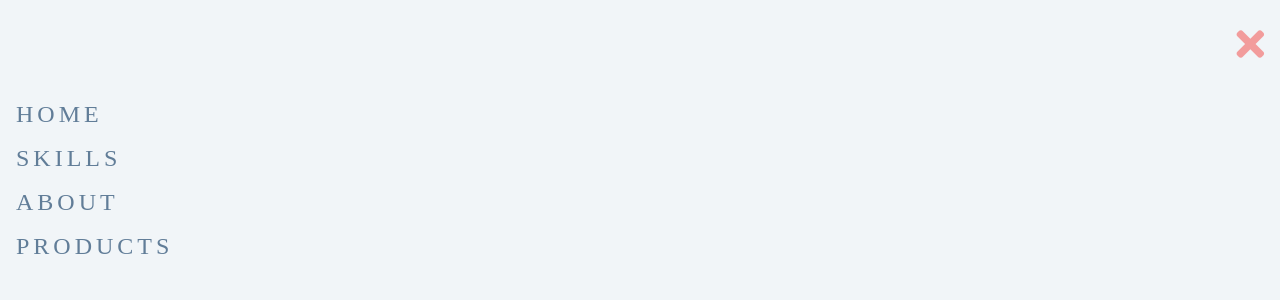
Repository: Ndifoinhilary/building_tea_site
Page: index.html
An editor plug-in stored every save of this project. The page is shown before and after the next save, followed by the edit.
The browser window is 1280 px wide. The pictures show the window.
The pointer rests on the first visible `.nav-link`.
A layer covers the whole window, so only the first screen is drawn. Backgrounds fixed to the window are drawn as part of the page. Some web fonts or font styles are not loaded; a fallback is used.

Above is the page before, as saved 2024-01-06 18:45:14.

### index.html
<!DOCTYPE html>
<html lang="en">

<head>
  <meta charset="UTF-8" />
  <meta name="viewport" content="width=device-width, initial-scale=1.0" />
  <meta http-equiv="X-UA-Compatible" content="ie=edge" />
  <title>Tea Station || Home</title>
  <!-- font-awesome -->
  <link rel="stylesheet" href="./fontawesome-free-5.7.2-web/css/all.css" />
  <!-- custom css -->
  <link rel="stylesheet" href="./css/styles.css" />
</head>

<body>
  <!-- nav button -->
  <span class="nav-btn" id="nav-btn">
    <i class="fas fa-bars"></i>
  </span>
  <!-- nav -->
  <nav class="navbar" id="navbar">
    <div class="navbar-header">
      <span class="nav-close" id="nav-close">
        <i class="fas fa-times"></i>
      </span>
    </div>
    <ul class="nav-items">
      <li><a href="index.html" class="nav-link">home</a></li>
      <li><a href="skills.html" class="nav-link">skills</a></li>
      <li><a href="about.html" class="nav-link">about</a></li>
      <li><a href="products.html" class="nav-link">products</a></li>
    </ul>
  </nav>
  <!-- header -->
  <header class="header">
    <div class="banner">
      <h2 class="banner-subtitle">Over one hunred flavors of tea</h2>
      <h1 class="banner-title">specially crafted tea</h1>
      <a href="skills.html" class=" btn banner-btn">explore</a>
    </div>
  </header>

  <div class="content-divider"></div>





  <!-- skills section -->
  <section class="skills clearfix">
    <!-- single skill -->
    <article class="skill">
      <span class="skill-icon">
        <i class="fas fa-mug-hot"></i>
      </span>
      <h4 class="skill-title">made in US</h4>
      <!-- ten words -->
      <p class="skill-text">
        Lorem ipsum dolor sit amet consectetur adipisicing elit. Tempore,
        sequi.
      </p>
    </article>
    <!-- end of single skill -->
    <!-- single skill -->
    <article class="skill">
      <span class="skill-icon">
        <i class="fas fa-glass-cheers"></i>
      </span>
      <h4 class="skill-title">relaxation</h4>
      <!-- ten words -->
      <p class="skill-text">
        Lorem ipsum dolor sit amet consectetur adipisicing elit. Tempore,
        sequi.
      </p>
    </article>
    <!-- end of single skill -->
    <!-- single skill -->
    <article class="skill">
      <span class="skill-icon">
        <i class="fas fa-bomb"></i>
      </span>
      <h4 class="skill-title">energy</h4>
      <!-- ten words -->
      <p class="skill-text">
        Lorem ipsum dolor sit amet consectetur adipisicing elit. Tempore,
        sequi.
      </p>
    </article>
    <!-- end of single skill -->
    <!-- single skill -->
    <article class="skill">
      <span class="skill-icon">
        <i class="fas fa-mortar-pestle"></i>
      </span>
      <h4 class="skill-title">family recipe</h4>
      <!-- ten words -->
      <p class="skill-text">
        Lorem ipsum dolor sit amet consectetur adipisicing elit. Tempore,
        sequi.
      </p>
    </article>
    <!-- end of single skill -->
  </section>
  <!--end of skills section -->




  <!-- about -->
  <section class="about">

    <div class="section-center clearfix">

      <article class="about-img">
        <div class="about-picture-container">
          <img src="./images/about-bcg.jpeg" alt="tea kettle" class="about-picture" />
        </div>
      </article>

      <article class="about-info">
        <!-- section title -->
        <div class="section-title">
          <h3 class="section-subtitle">about our</h3>
          <h2 class="section-title">tea station</h2>
        </div>
        <!-- section title -->
        <p class="about-text">
          Lorem ipsum dolor sit amet consectetur adipisicing elit. Possimus
          numquam rem eos vel consequuntur obcaecati?
        </p>
        <p class="about-text">
          Lorem ipsum dolor sit amet consectetur adipisicing elit. Possimus
          numquam rem eos vel consequuntur obcaecati?
        </p>
        <a href="about.html" class="btn">learn more</a>
      </article>
    </div>
  </section>
  <!-- end of about -->





  <!-- products -->
  <section class="products">
    <div class="section-center clearfix">
      <!-- products info  -->
      <article class="products-info">
        <!-- title -->
        <div>
          <h3 class="section-subtitle">check out</h3>
          <h2 class="section-title text-white">our products</h2>
        </div>
        <!-- end of title -->
        <p class="product-text">
          Lorem ipsum dolor sit amet consectetur adipisicing elit. Quod, quae
          vitae! Natus sed fugiat id laudantium nemo, asperiores corporis
          amet!
        </p>
        <a href="products.html" class="btn">inventory</a>
      </article>
      <!-- end of products info -->

      <!-- products inventory -->
      <article class="products-inventory clearfix">
        <!-- single product -->
        <div class="product">
          <img src="./images/product-1.jpeg" alt="single product" class="product-img" />
          <h4 class="product-title">product title</h4>
          <h4 class="product-price">$6.99</h4>
        </div>
        <!--end of single product -->
        <!-- single product -->
        <div class="product">
          <img src="./images/product-2.jpeg" alt="single product" class="product-img" />
          <h4 class="product-title">product title</h4>
          <h4 class="product-price">$6.99</h4>
        </div>
        <!--end of single product -->
        <!-- single product -->
        <div class="product">
          <img src="./images/product-3.jpeg" alt="single product" class="product-img" />
          <h4 class="product-title">product title</h4>
          <h4 class="product-price">$6.99</h4>
        </div>
        <!--end of single product -->
      </article>
      <!--end of  products inventory -->
    </div>
  </section>


  <!-- end of  products -->

<!-- Services section -->
<section class="services">
    <!-- section title -->
    <div class="section-title services-title">
      <h3 class="section-subtitle">explore</h3>
      <h2 class="section-title">Our services</h2>
    </div>
    <!-- section title -->

    <div class="section-center clearfix">
      <!-- single card -->
      <article class="service-card">
        <div class="service-img-container">
          <img src="./images/product-1.jpeg" class="service-img" alt="signle service">
          <span class="service-icon"><i class="fas fa-mortar-pestle fa-fw"></i></span>
        </div>
        <div class="service-info">
          <h4>Custom recipes</h4>
          <p>Lorem ipsum dolor sit amet consectetur adipisicing elit. Veritatis quisquam placeat, reprehenderit repellat quasi cum.</p>
          <a href="products.html" class="btn service-btn">read more</a>
        </div>
      </article>

      <article class="service-card">
        <div class="service-img-container">
          <img src="./images/product-2.jpeg" class="service-img" alt="signle service">
          <span class="service-icon"><i class="fas fa-home fa-fw"></i></span>
        </div>
        <div class="service-info">
          <h4>Home delivery</h4>
          <p>Lorem ipsum dolor sit amet consectetur adipisicing elit. Veritatis quisquam placeat, reprehenderit repellat quasi cum.</p>
          <a href="products.html" class="btn service-btn">read more</a>
        </div>
      </article>
      <article class="service-card">
        <div class="service-img-container">
          <img src="./images/product-3.jpeg" class="service-img" alt="signle service">
          <span class="service-icon"><i class="fas fa-mug-hot fa-fw"></i></span>
        </div>
        <div class="service-info">
          <h4>tea </h4>
          <p>Lorem ipsum dolor sit amet consectetur adipisicing elit. Veritatis quisquam placeat, reprehenderit repellat quasi cum.</p>
          <a href="products.html" class="btn service-btn">read more</a>
        </div>
      </article>
      <!--  end single card -->
    </div>
    <!-- service infor -->

    <!-- End service infor -->
</section>
<!-- End of service section -->


  <!-- contact -->
  <section class="contact">
    <div class="section-center clearfix">
      <!-- contact info -->
      <article class="contact-info">
        <!-- contact item -->
        <div class="contact-item">
          <!-- contact text -->
          <h4 class="contact-title">
            <span class="contact-icon">
              <i class="fas fa-location-arrow"></i> </span>address
          </h4>
          <h4 class="contact-text">
            523 N Fairfax Ave, Los Angeles, CA 90048
          </h4>
        </div>
        <!-- end of contact item -->
        <!-- contact item -->
        <div class="contact-item">
          <!-- contact text -->
          <h4 class="contact-title">
            <span class="contact-icon"> <i class="fas fa-envelope"></i> </span>email
          </h4>
          <h4 class="contact-text">email@email.com</h4>
        </div>
        <!-- end of contact item -->

        <!-- contact item -->
        <div class="contact-item">
          <!-- contact text -->
          <h4 class="contact-title">
            <span class="contact-icon">
              <i class="fas fa-phone"></i> </span>telephone
          </h4>
          <h4 class="contact-text">+ 123 456 789</h4>
        </div>
        <!-- end of contact item -->
      </article>
      <article class="contact-form">
        <h3>contact us</h3>
       <form action="">
        <div class="form-group">
          <input type="text" name="name" id="" placeholder="enter your name" class="form-control">
          <input type="email" name="email" id="" placeholder="enter your email" class="form-control">
          <textarea name="message" id="" rows="5" placeholder="message" class="form-control"></textarea>
        </div>
        <button type="submit" class="submit-btn btn">submit</button>
       </form>
      </article>
      <!-- end of contact info -->
    </div>
  </section>




  <!-- end o fcontact -->
  <footer class="footer">
    <div class="section-center">
      <div class="social-icons">
        <!-- social icon -->
        <a href="#" class="social-icon">
          <i class="fab fa-facebook"></i>
        </a>
        <!-- end of social icon -->
        <!-- social icon -->
        <a href="#" class="social-icon">
          <i class="fab fa-twitter"></i>
        </a>
        <!-- end of social icon -->
        <!-- social icon -->
        <a href="#" class="social-icon">
          <i class="fab fa-instagram"></i>
        </a>
        <!-- end of social icon -->
      </div>
    <h4 class="footer-text">
      &copy; <sapn id="date" ></sapn>
      <span class="company">tea station</span>
      all rights reserved
    </h4>
    </div>
  </footer>



  <script src="app.js"></script>
</body>

</html>

### css/styles.css
@import url("https://fonts.googleapis.com/css?family=Catamaran:400,700|Grand+Hotel");

* {
  margin: 0;
  padding: 0;
  box-sizing: border-box;
}

/*================
Global variables
===================
*/

:root{
  --clr-primary:#678e3e;
  --clr-primary-light:#beed8c;
  --clr-grey-1:#102a42;
  --clr-grey-5:#617d98;
  --clr-grey-10:#f1f5f8;
  --clr-white:#fff;
  --ff-primary:"Catamaran",sans-serif;
  --ff-secondary:"Grand Hotel", cursive;
  --transition: all 0.3s linear ;
  --spacing:0.25rem;
  --radius:0.5rem;
}


body{
  font-family: var(--clr-primary);
  background: var(--clr-white);
  color: var(--clr-grey-1);
  line-height: 1.5;
  font-size: 0.875rem;
}

a{
  text-decoration: none;
}

img{
  width: 100%;
  display: block;
}
h1,h2,h3,h4{
  letter-spacing: var(--spacing);
  text-transform: capitalize;
  line-height: 1.25;
  margin-bottom: 0.75rem;
}

h1{
  font-size: 3rem;
}
h2{
  font-size: 2rem;
}
h3{
  font-size: 1.5rem;
}
h4{
  font-size: 0.875rem;
}

p{
  margin-bottom: 1.25rem;
}
@media screen and (min-width:800px) {
  h1{
    font-size: 4rem;
  }
  h2{
    font-size: 2.5rem;
  }
  h3{
    font-size: 2rem;
  }
  h4{
    font-size: 1rem;
  }
  body{
    font-size: 1rem;
  }
  h1,h2,h3,h4{
    line-height: 1.25;

  }
}
/*
more css
 */

 .btn{
  text-transform: uppercase;
  background: var(--clr-primary);
  color: var(--clr-white);
  padding: 1rem 0.75rem;
  letter-spacing: var(--spacing);
  display: inline-block;
  font-weight:700 ;
  transition: var(--transition);
  font-size: 1rem;
  border: none;
  cursor: pointer;
  box-shadow: 0 1px 3px rgba(0, 0, 0,0.2);
 }
.btn:hover {
  color: var(--ff-primary);
  background: var(--clr-primary-light);
}
.clearfix::after , .clearfix::before{
  content: "";
  clear: both;
  display: table;
}
.section-title h3{
font-family: var(--ff-secondary);
color: var(--clr-primary);
}
.section-title{
  margin-bottom: 2rem;
}
.section-center{
  padding: 4rem 0;
  width: 85vw;
  margin: 0 auto;
  max-width: 1170px;
}
@media screen and (min-width:992px) {
  .section-center{
    width: 95vw;
    padding: 4rem 1rem;
  }
}
 /*
 header
  */

  .header{
    min-height: 100vh;
    background: linear-gradient(rgba(0, 0, 0,0.6),rgba(0, 0, 0,0.6)) ,url("/images/main-bcg.jpeg") center/cover no-repeat fixed;
    position: relative;
    /* animation */
    overflow-x: hidden;

  }

  .banner{
    text-align: center;
    position: absolute;
    top: 50%;
    left: 50%;
    transform: translate(-50%,-50%);
  }

  .banner h2{
    font-family: var(--ff-secondary);
    color: var(--clr-primary);
    /* animation */
  }

  .banner h1{
    text-transform: uppercase;
    color: var(--clr-white);
    margin-top: 1.25rem;
    margin-bottom: 2rem;
  }

.banner-btn{
  outline: 0.125rem solid var(--clr-primary);
  outline-offset: 0.25rem;
  font-size: 1.25rem;
  padding:1rem 1.75rem ;
}

.content-divider{
height: 0.5rem;
background: linear-gradient(to left, var(--clr-primary), #e9b949, var(--clr-primary));
}

/*
skills section
 */

 .skills{
  background: var(--clr-grey-10);

 }

 .skill{
  text-align: center;
  padding: 2.5rem 0;
  transition: var(--transition);

 }

 .skill-icon{
  font-size: 2.5rem;
  margin-bottom: 1.25rem;
  transition: var(--transition);
  display: inline-block;
  color: var(--clr-primary);

 }
 .skill-text{
  color: var(--clr-grey-5);
  max-width: 17rem;
  margin: 0 auto;
 }
 .skill:hover {
  background: var(--clr-white);
  box-shadow: 0  2px var(--clr-primary);
 }

 .skill:hover .skill-icon{
  transform: translateY(-5px);
 }
 @media screen and (min-width:576px) {
  .skill{
    float: left;
    width: 50%;
  }
 }

 @media screen and (min-width:1200px) {
  .skill{

    width: 25%;
  }
 }

 /*
 About css
  */
.about-img, .about-info{
  padding: 2rem;
}

.about-picture-container{
  color: var(--clr-primary);
  border: 0.5rem solid var(--clr-primary);
  max-width: 30rem;
  overflow: hidden;

}

.about-picture{
  transition: var(--transition);
}

.about-picture-container:hover .about-picture{
opacity: 0.5;
transform: scale(1.2)
}


.about-text{
  max-width: 26rem;
  color: var(--clr-grey-5);
}


@media screen and (min-width:992px) {
  .about-info, .about-img{
    float: left;
    width: 50%;
  }
  .about-info{
    padding-left:2rem ;
  }
}
/*
product section
 */


 .product{
  margin-bottom: 2rem;
 }

.products{
  background: var(--clr-grey-10);

}

.products article{
  padding: 2rem 0;
}
.product-text{
  color: var(--clr-grey-5);
  max-width: 26rem;
}

.product-img{
  border-radius: var(--radius);
  margin-bottom: 2rem;
  height: 17rem;
  object-fit: cover;
}

.product-price{
  color: var(--clr-primary);
}

@media screen and (min-width:768px) {
.product{
  float: left;
  width: 50%;
  padding-left: 2rem;
}

}
@media screen and (min-width:992px) {
.product{
  width: 33.3%;
}

}
@media screen and (min-width:1200px) {
.products-info{
  float: left;
  width: 30%;
}

}
@media screen and (min-width:1200px) {
.products-inventory{
  float: left;
  width: 70%;
}
  .product{
    margin-bottom: 0;
    padding: 0 1rem;
  }
}

/*
services section
 */

.services-title{
  margin-top: 4rem;
  margin-bottom: -4rem;
  text-align: center;
}

.service-card{
  margin: 2rem 0;
  background: var(--clr-grey-10);
  border-radius: var(--radius);
  box-shadow: 0 5px 15px rgba(0, 0, 0,0.1);
  transition: var(--transition);
}
.service-card:hover{
  transform: scale(1.02);
  box-shadow: 0 5px 15px rgba(0, 0, 0,0.2);

}

.service-img{
  height: 17rem;
  object-fit: cover;
  border-top-left-radius: var(--radius);
  border-top-right-radius: var(--radius);
}

.service-info{
  text-align: center;
  padding: 3rem 1rem 2.5rem 1rem;
}

.service-info p {
  max-width: 20rem;
  color: var(--clr-grey-5);
  margin: 0 auto;
}

.service-btn{
  font-size: 0.75rem;
  text-transform: capitalize;
  padding: 0.375rem 0.5rem;
  border-radius: var(--radius);
  font-weight: 400;
  margin-top: 1.25rem;
}

@media screen and (min-width:768px) {
  .service-card{
    float: left;
    width: 45%;
    margin-left: 5%;
  }

}
@media screen and (min-width:992px) {
  .service-card{
    width: 30%;
    margin-left: 3.333%;
  }

}


.service-img-container{
  position:relative;
}

.service-icon{
  position:absolute;
  left: 50%;
  bottom:0;
  font-size:2rem;
  color: var(--clr-primary);
  background: var(--clr-primary-light);
  padding: 0.25rem 0.6rem;
  border-radius: 50%;
  transform: translate(-50%,50%);
  border: 0.25rem solid var(--clr-grey-10);
  -webkit-transform: translate(-50%,50%);
  -moz-transform: translate(-50%,50%);
  -ms-transform: translate(-50%,50%);
  -o-transform: translate(-50%,50%);
}


/*
form section
 */


 .contact{
  background: var(--clr-grey-10);

 }

 .contact-form, .contact-info{
  margin: 1rem 0;
 }

 .contact-item{
  margin-bottom: 1.75rem;
 }

 .contact-title{
  color: var(--clr-primary);
  font-weight: 400;
 }

 .contact-text{
  text-transform: uppercase;
 }

 .contact-form{
  background: var(--clr-white);
  border-radius: var(--radius);
  text-align: center;
  box-shadow: 0 5px 15px rgba(0, 0, 0,0.1);
  transition: var(--transition);
  -webkit-border-radius: var(--radius);
  -moz-border-radius: var(--radius);
  -ms-border-radius: var(--radius);
  -o-border-radius: var(--radius);
  -webkit-transition: var(--transition);
  -moz-transition: var(--transition);
  -ms-transition: var(--transition);
  -o-transition: var(--transition);
  max-width: 35rem;
}

.contact-form:hover{
  box-shadow: 0 5px 15px rgba(0, 0, 0,0.2);

}

.contact-form h3 {
  padding-top: 1.25rem;
  color: var(--clr-grey-5);
}

.form-group{
  padding: 1rem 1.5rem;
}

.form-control{
  display: inline-block;
  width: 100%;
  padding: 0.75rem 1rem;
  border: none;
  margin-bottom: 1.25rem;
  background: var(--clr-grey-10);
  border-radius: var(--radius);
  text-transform: uppercase;
  letter-spacing: var(--spacing);
  -webkit-border-radius: var(--radius);
  -moz-border-radius: var(--radius);
  -ms-border-radius: var(--radius);
  -o-border-radius: var(--radius);
}

.form-control::placeholder{
  font-family: var(--ff-primary);
  color: var(--clr-grey-1);
  text-transform: uppercase;
  letter-spacing: var(--spacing);
}

.submit-btn{
  display: block;
  width: 100%;
  padding: 1rem;
  border-bottom-left-radius: var(--radius);
  border-bottom-right-radius: var(--radius);
}



@media screen and (min-width:992px) {
  .contact-form, .contact-info{
    float: left;
    width: 50%;
  }

}

/*
footer section
 */


 .footer{
  background:#222;
  text-align:center;


 }
 .social-icon{
  color: var(--clr-white);
  font-size: 1.5rem;
  margin-right: 1rem;
  transition: var(--transition);
  -webkit-transition: var(--transition);
  -moz-transition: var(--transition);
  -ms-transition: var(--transition);
  -o-transition: var(--transition);
}

.social-icon:hover{
  color: var(--clr-primary)
}

.footer-text{
  margin-top: 1.25rem;
  text-transform: uppercase;
  color: var(--clr-white);
  font-weight: 400;
}

.company{
  color: var(--clr-primary);
}

/*
nav bar
 */

 .nav-btn{
  position: fixed;
  top: 5%;
  left: 5%;
  font-size: 2.5rem;
  color: var(--clr-primary);
  z-index: 1;
  cursor: pointer;
 }


 .navbar{
  position: fixed;
  top: 0;
  left: 0;
  bottom: 0;
  right: 0;
  background: var(--clr-grey-10);
  z-index: 2;
  box-shadow: 2px 0 2px rgba(0, 0, 0,0.2);
 }



 .showNav{

 }


 .navbar-header{
  text-align: right;
  padding: 1rem;
 }

 .nav-close{
  font-size: 2.5rem;
  cursor: pointer;
  color: #f29c9c;
 }

 .nav-close:hover{
  color: #bb2525;
 }

 .nav-items{
  list-style-type: none;
 }

 .nav-link{
  display: block;
  font-size: 1.5rem;
  padding: 0.25rem 1rem;
  color: var(--clr-grey-5);
  letter-spacing: var(--spacing);
  text-transform: uppercase;
  transition: var(--transition);
  -webkit-transition: var(--transition);
  -moz-transition: var(--transition);
  -ms-transition: var(--transition);
  -o-transition: var(--transition);
}

### app.js
const navBtn = document.getElementById("nav-btn");
const navbar = document.getElementById("navbar");
const navClose = document.getElementById("nav-close");

navBtn.addEventListener("click", () => {
  navbar.classList.add("showNav");
});

navClose.addEventListener("click", () => {
  navbar.classList.remove("showNav");
});

Loaded but not shown: fontawesome-free-5.7.2-web/css/all.css (library)

After the next save:
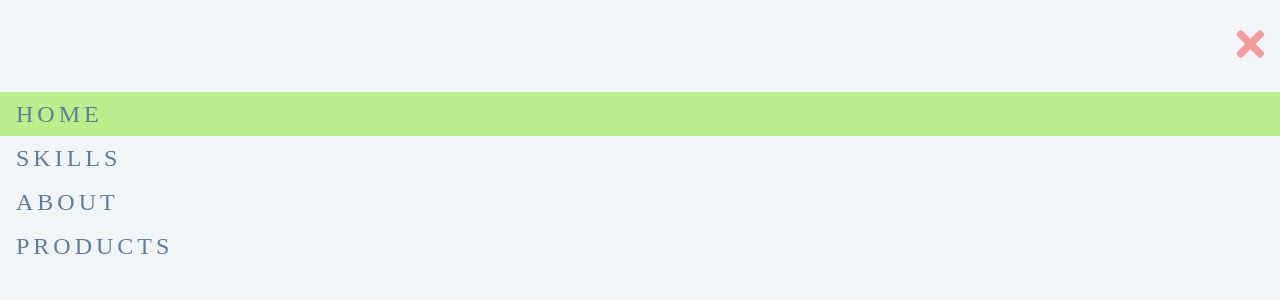
Saved 27 s later.
--- a/css/styles.css
+++ b/css/styles.css
@@ -624,3 +624,7 @@ nav bar
   -ms-transition: var(--transition);
   -o-transition: var(--transition);
 }
+
+.nav-link:hover{
+  background: var(--clr-primary-light);
+}
